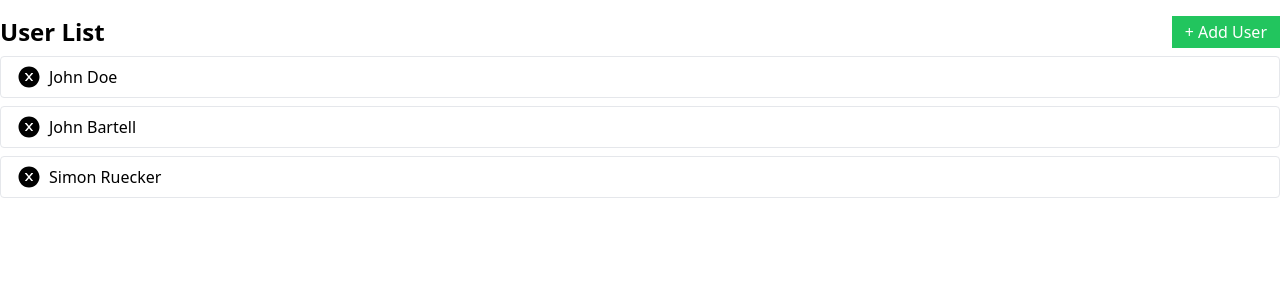
Repository: Marhamat92/users-app-redux-thunk-and-query
Page: /
The author's editor kept a copy of each file at every save. The page is drawn from the files as they stood at one save, then again after the next save.
The browser window is 1280 px wide. The pictures show the whole page.
The project was rebuilt for these pictures with package versions that can differ from the ones it lists, and the page was loaded fresh each time. Requests to the local data server were answered from the project's data file.

Above is the page before, as saved 2023-01-31 18:53:07.

After the next save:
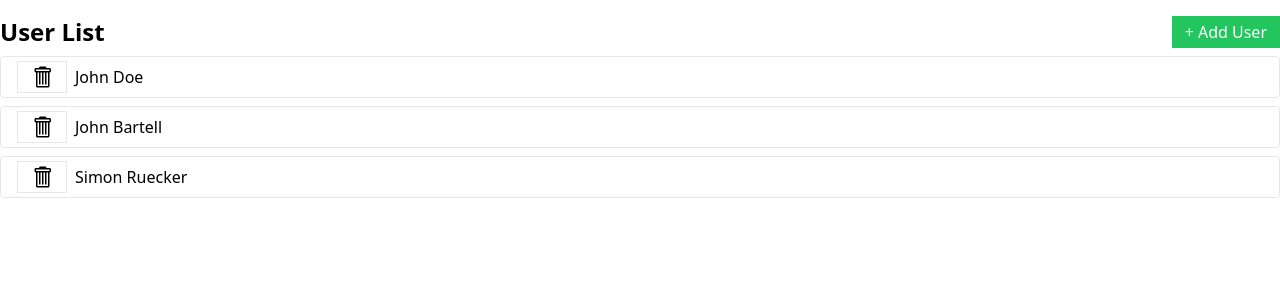
Saved 6 min 31 s later.
--- a/src/components/UsersListItem.js
+++ b/src/components/UsersListItem.js
@@ -1,12 +1,14 @@
 import React from 'react'
-import { AiFillCloseCircle } from "react-icons/ai";
+import { GoTrashcan } from 'react-icons/go';
 import Button from './Button';
 
 
 function UsersListItem({ user }) {
   return (
     <div className='mb-2 mt-2 border rounded flex items-center pl-4'>
-      <AiFillCloseCircle className='text-2xl hover:text-red-500 cursor-pointer ' />
+      <Button>
+        <GoTrashcan className='text-2xl hover:text-red-500 cursor-pointer ' />
+      </Button>
       <div className='flex p-2 justify-between items-center cursor-pointer' >{user.name}</div>
     </div>
   )
